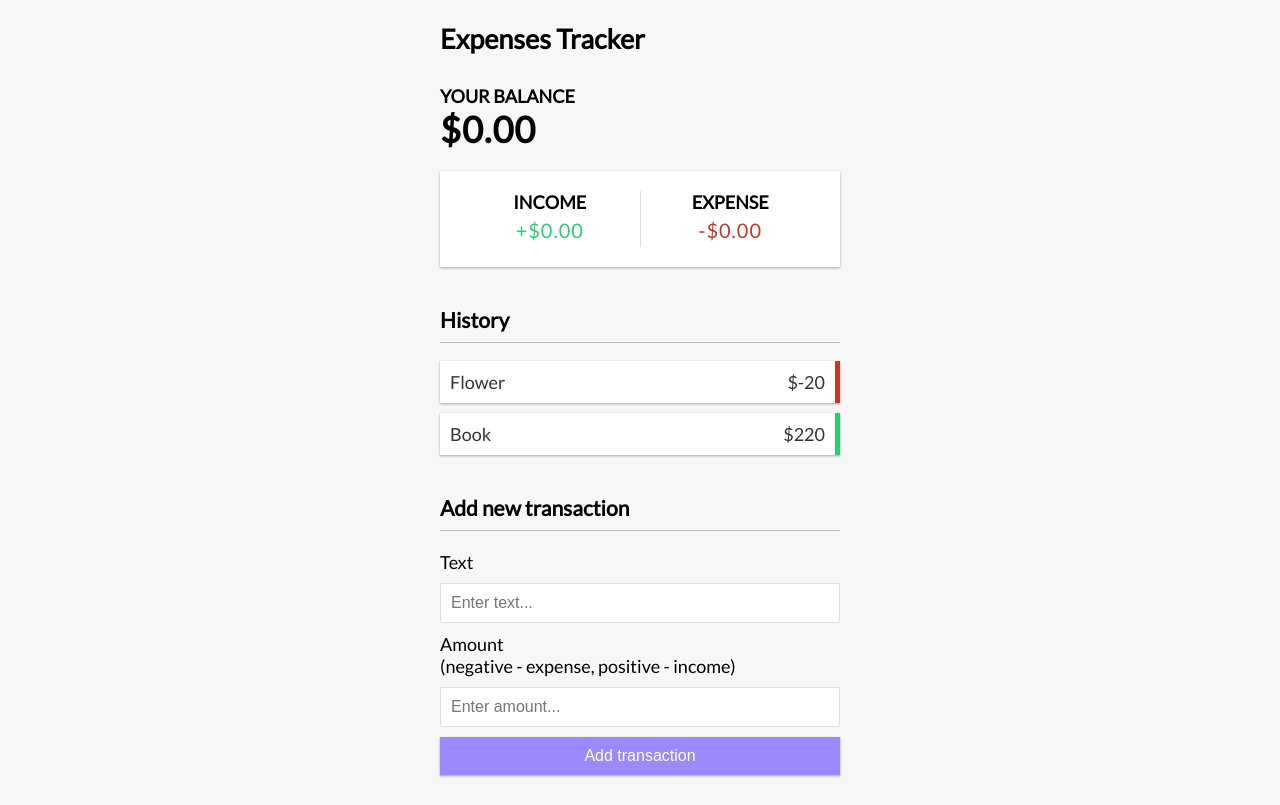
Repository: AyushMahatara/VUE-expense-tracker-app
Page: /
These files come from the project's save history. The page is drawn as it stood at one moment and after the next save; the edit follows.
The browser window is 1280 px wide. The pictures show the whole page.
The project was rebuilt for these pictures with package versions that can differ from the ones it lists, and the page was loaded fresh each time. Also part of the build but not shown: vite.config.js.

Above is the page before, as saved 2023-12-29 14:44:20.

### index.html
<!DOCTYPE html>
<html lang="en">
  <head>
    <meta charset="UTF-8" />
    <link rel="icon" href="/public/favicon.ico" />
    <meta name="viewport" content="width=device-width, initial-scale=1.0" />
    <title>Expense Tracker</title>
  </head>
  <body>
    <div id="app"></div>
    <script type="module" src="/src/main.js"></script>
  </body>
</html>

### src/assets/style.css
@import url("https://fonts.googleapis.com/css?family=Lato&display=swap");

:root {
  --box-shadow: 0 1px 3px rgba(0, 0, 0, 0.12), 0 1px 2px rgba(0, 0, 0, 0.24);
}

* {
  box-sizing: border-box;
}

body {
  background-color: #f7f7f7;
  display: flex;
  flex-direction: column;
  align-items: center;
  justify-content: center;
  min-height: 100vh;
  margin: 0;
  font-family: "Lato", sans-serif;
  font-size: 18px;
}

.container {
  margin: 30px auto;
  width: 400px;
}

h1 {
  letter-spacing: 1px;
  margin: 0;
}

h3 {
  border-bottom: 1px solid #bbb;
  padding-bottom: 10px;
  margin: 40px 0 10px;
}

h4 {
  margin: 0;
  text-transform: uppercase;
}

.inc-exp-container {
  background-color: #fff;
  box-shadow: var(--box-shadow);
  padding: 20px;
  display: flex;
  justify-content: space-between;
  margin: 20px 0;
}

.inc-exp-container > div {
  flex: 1;
  text-align: center;
}

.inc-exp-container > div:first-of-type {
  border-right: 1px solid #dedede;
}

.money {
  font-size: 20px;
  letter-spacing: 1px;
  margin: 5px 0;
}

.money.plus {
  color: #2ecc71;
}

.money.minus {
  color: #c0392b;
}

label {
  display: inline-block;
  margin: 10px 0;
}

input[type="text"],
input[type="number"] {
  border: 1px solid #dedede;
  border-radius: 2px;
  display: block;
  font-size: 16px;
  padding: 10px;
  width: 100%;
}

.btn {
  cursor: pointer;
  background-color: #9c88ff;
  box-shadow: var(--box-shadow);
  color: #fff;
  border: 0;
  display: block;
  font-size: 16px;
  margin: 10px 0 30px;
  padding: 10px;
  width: 100%;
}

.btn:focus,
.delete-btn:focus {
  outline: 0;
}

.list {
  list-style-type: none;
  padding: 0;
  margin-bottom: 40px;
}

.list li {
  background-color: #fff;
  box-shadow: var(--box-shadow);
  color: #333;
  display: flex;
  justify-content: space-between;
  position: relative;
  padding: 10px;
  margin: 10px 0;
}

.list li.plus {
  border-right: 5px solid #2ecc71;
}

.list li.minus {
  border-right: 5px solid #c0392b;
}

.delete-btn {
  cursor: pointer;
  background-color: #e74c3c;
  border: 0;
  color: #fff;
  font-size: 20px;
  line-height: 20px;
  padding: 2px 5px;
  position: absolute;
  top: 50%;
  left: 0;
  transform: translate(-100%, -50%);
  opacity: 0;
  transition: opacity 0.3s ease;
}

.list li:hover .delete-btn {
  opacity: 1;
}

### src/App.vue
<template>
  <Header />
  <div class="container">
    <Balance :total="total" />
    <IncomeExpenses />
    <TransactionList :transactions="transactions" />
    <AddTransaction />
  </div>
</template>

<script setup>
import Header from "./components/Header.vue";
import Balance from "./components/Balance.vue";
import IncomeExpenses from "./components/IncomeExpense.vue";
import AddTransaction from "./components/AddTransaction.vue";
import TransactionList from "./components/TransactionList.vue";

//reactive so ref
import { ref, computed } from "vue";
const transactions = ref([
  {
    id: 1,
    text: "Flower",
    amount: -20,
  },
  {
    id: 2,
    text: "Book",
    amount: 220,
  },
]);

const total = computed(() => {
  return transactions.value.reduce((acc, transaction) => {
    return (acc = transaction.amount);
  }, 0);
});
</script>

### src/components/Header.vue
<template>
  <h2>Expenses Tracker</h2>
</template>

<script></script>

### src/components/Balance.vue
<template>
  <h4>Your Balance</h4>
  <h1 id="balance">$0.00</h1>
</template>

### src/components/IncomeExpense.vue
<template>
  <div class="inc-exp-container">
    <div>
      <h4>Income</h4>
      <p id="money-plus" class="money plus">+$0.00</p>
    </div>
    <div>
      <h4>Expense</h4>
      <p id="money-minus" class="money minus">-$0.00</p>
    </div>
  </div>
</template>

### src/components/AddTransaction.vue
<template>
  <h3>Add new transaction</h3>
  <form id="form">
    <div class="form-control">
      <label for="text">Text</label>
      <input type="text" id="text" placeholder="Enter text..." />
    </div>
    <div class="form-control">
      <label for="amount"
        >Amount <br />
        (negative - expense, positive - income)</label
      >
      <input type="number" id="amount" placeholder="Enter amount..." />
    </div>
    <button class="btn">Add transaction</button>
  </form>
</template>

### src/components/TransactionList.vue
<template>
  <h3>History</h3>
  <ul id="list" class="list">
    <li
      v-for="transaction in transactions"
      :key="transaction.id"
      :class="transaction.amount < 0 ? 'minus' : 'plus'"
    >
      {{ transaction.text }} <span>${{ transaction.amount }}</span
      ><button class="delete-btn">x</button>
    </li>
    <!-- <li class="minus">
          Cash <span>-$400</span><button class="delete-btn">x</button>
        </li> -->
  </ul>
</template>

<script setup>
import { defineProps } from "vue";

const props = defineProps({
  transactions: {
    type: Array,
    required: true,
  },
});
</script>

Loaded but not shown: src/main.js (common file)

After the next save:
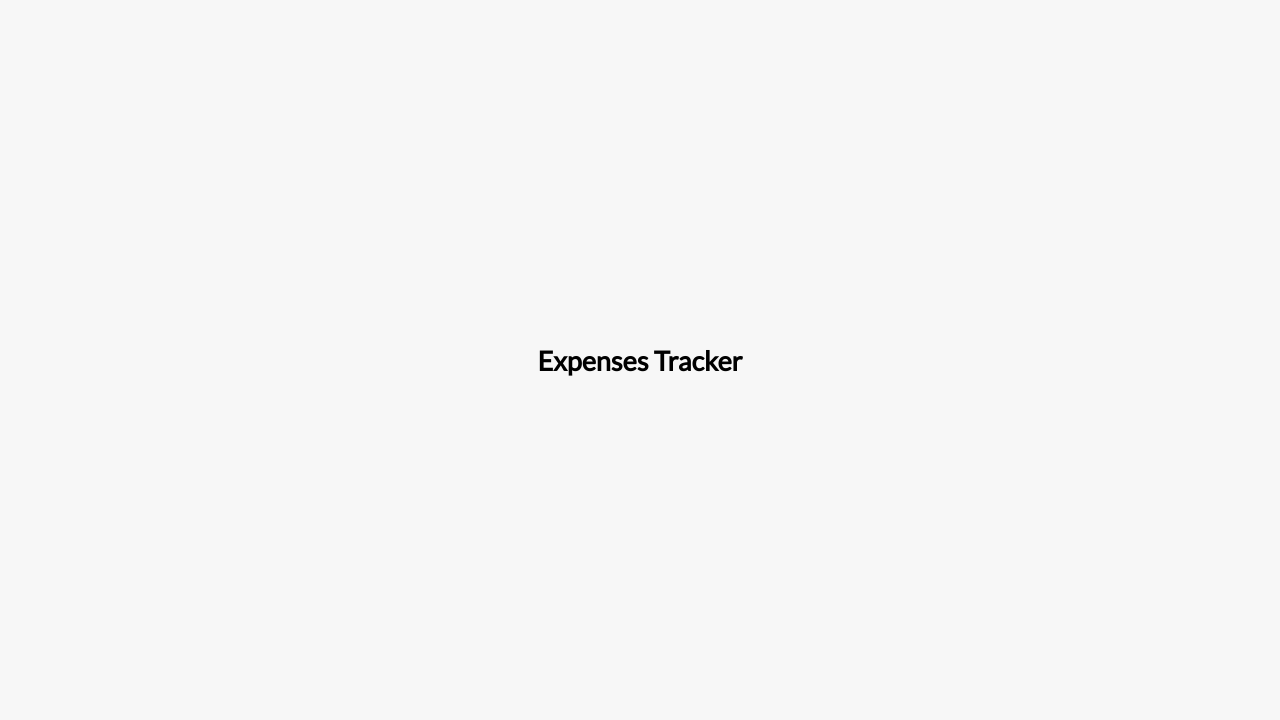
Console error (its wording comes from the project's code and is left out).
Saved 49 s later.
--- a/src/components/Balance.vue
+++ b/src/components/Balance.vue
@@ -2,3 +2,11 @@
   <h4>Your Balance</h4>
   <h1 id="balance">$0.00</h1>
 </template>
+
+<script setup>
+import { defindProps } from "vue";
+
+const props = defindProps({
+  total: {},
+});
+</script>

After the 3 saves that followed:
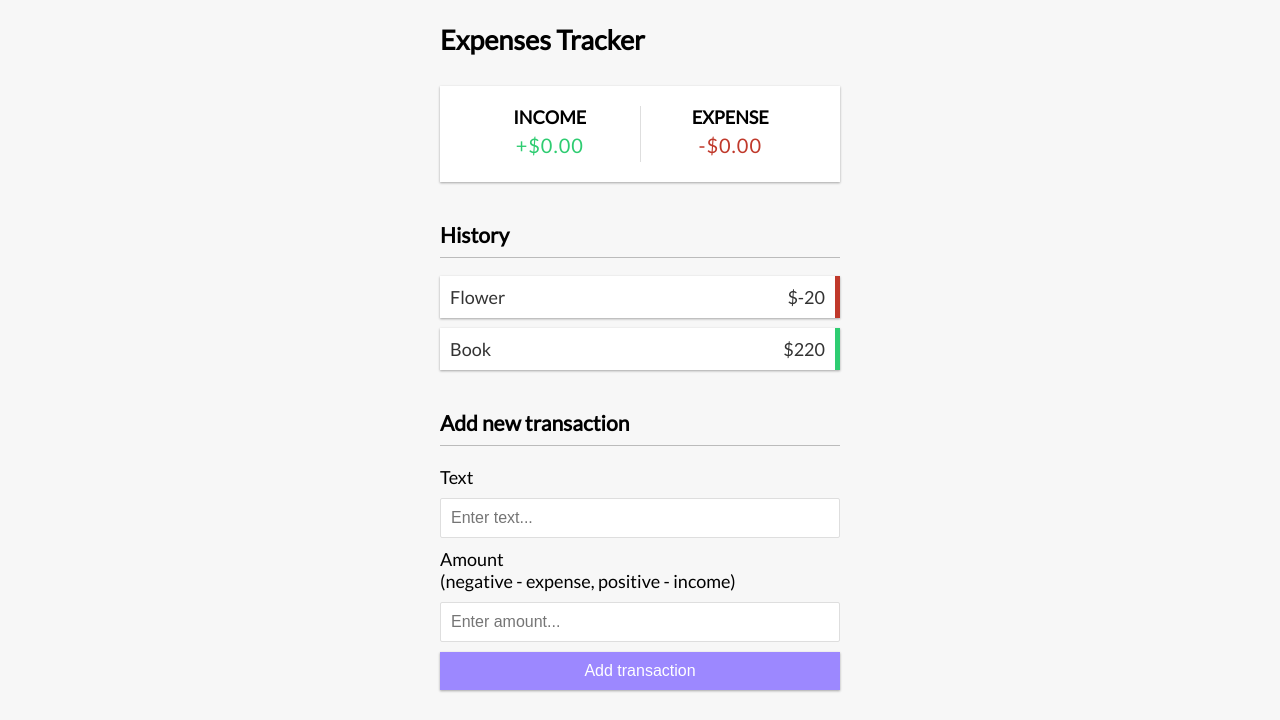
The error is gone.
The 3 saves are shown as one change because 1 left the picture as it was and some came seconds apart.
The last was saved 2 min 48 s later.
--- a/src/App.vue
+++ b/src/App.vue
@@ -1,7 +1,7 @@
 <template>
   <Header />
   <div class="container">
-    <Balance :total="total" />
+    <!-- <Balance :total="total" /> -->
     <IncomeExpenses />
     <TransactionList :transactions="transactions" />
     <AddTransaction />
@@ -30,9 +30,10 @@ const transactions = ref([
   },
 ]);
 
-const total = computed(() => {
-  return transactions.value.reduce((acc, transaction) => {
-    return (acc = transaction.amount);
-  }, 0);
-});
+// console.log(transactions);
+// const total = computed(() => {
+//   return transactions.value.reduce((acc, transaction) => {
+//     return (acc = transaction.amount);
+//   }, 0);
+// });
 </script>
--- a/src/components/Balance.vue
+++ b/src/components/Balance.vue
@@ -1,12 +1,15 @@
 <template>
   <h4>Your Balance</h4>
-  <h1 id="balance">$0.00</h1>
+  <h1 id="balance">${{ total }}</h1>
 </template>
 
 <script setup>
 import { defindProps } from "vue";
 
 const props = defindProps({
-  total: {},
+  total: {
+    type: Number,
+    required: true,
+  },
 });
 </script>
